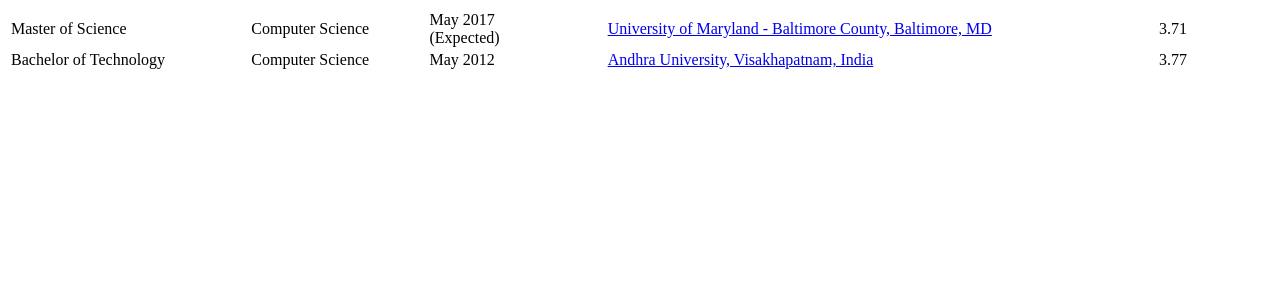
Repository: phanindrakannaji/Resume
Page: http://localhost/application/pages/education.php
The author's editor kept a copy of each file at every save. The page is drawn from the files as they stood at one save, then again after the next save.
The browser window is 1280 px wide. The pictures show the whole page.
The page is run by PHP 8.4 with error messages shown; the project is at /var/www/html/.

Above is the page before, as saved 2016-09-25 05:10:27.
Console error: ReferenceError: $ is not defined

### Resume/application/pages/education.php
<script type="text/javascript"
	src="../resources/scripts/refreshScript.js"></script>
<table>
	<tbody>
		<tr>
			<td class="customfont2 smalltext tdBorderbottom" width="15%">Master
				of Science</td>
			<td width="4%"></td>
			<td class="customfont2 smalltext tdBorderbottom" width="10%">Computer
				Science</td>
			<td width="4%"></td>
			<td class="customfont2 smalltext tdBorderbottom" width="10%">May 2017
				(Expected)</td>
			<td width="4%"></td>
			<td class="customfont2 smalltext tdBorderbottom" width="40%"><a
				href="https://en.wikipedia.org/wiki/University_of_Maryland,_Baltimore_County"
				target="blank">University of Maryland - Baltimore County, Baltimore,
					MD</a></td>
			<td width="4%"></td>
			<td class="customfont2 smalltext tdBorderbottom" width="9%">3.71</td>
		</tr>
		<tr>
			<td class="customfont2 smalltext" width="15%">Bachelor of Technology</td>
			<td width="4%"></td>
			<td class="customfont2 smalltext" width="10%">Computer Science</td>
			<td width="4%"></td>
			<td class="customfont2 smalltext" width="10%">May 2012</td>
			<td width="4%"></td>
			<td class="customfont2 smalltext" width="40%"><a
				href="https://en.wikipedia.org/wiki/Andhra_University"
				target="blank">Andhra University, Visakhapatnam, India</a></td>
			<td width="4%"></td>
			<td class="customfont2 smalltext" width="9%">3.77</td>
		</tr>
	</tbody>
</table>

### Resume/resources/scripts/refreshScript.js
$(document).ready(function(){
	$("#commandInput").keypress(function(e){
		keypressInBox(e);
	});
	$("#commandInput").focus();
})

After the next save:
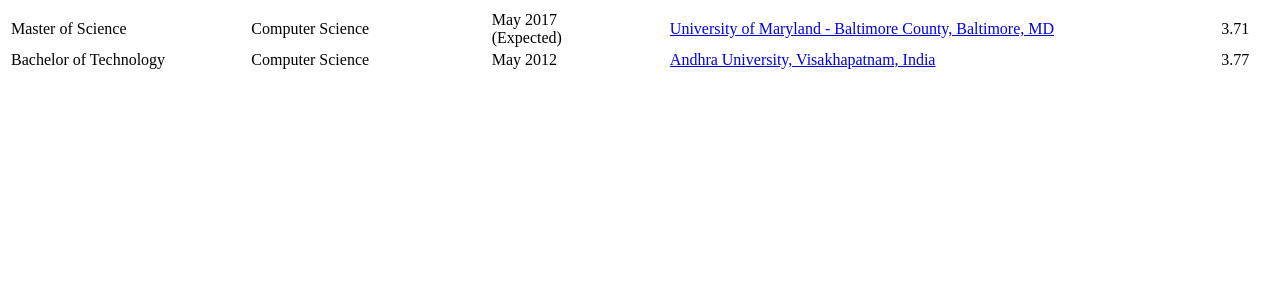
Saved 82 s later.
--- a/Resume/application/pages/education.php
+++ b/Resume/application/pages/education.php
@@ -6,7 +6,7 @@
 			<td class="customfont2 smalltext tdBorderbottom" width="15%">Master
 				of Science</td>
 			<td width="4%"></td>
-			<td class="customfont2 smalltext tdBorderbottom" width="10%">Computer
+			<td class="customfont2 smalltext tdBorderbottom" width="15%">Computer
 				Science</td>
 			<td width="4%"></td>
 			<td class="customfont2 smalltext tdBorderbottom" width="10%">May 2017
@@ -17,12 +17,12 @@
 				target="blank">University of Maryland - Baltimore County, Baltimore,
 					MD</a></td>
 			<td width="4%"></td>
-			<td class="customfont2 smalltext tdBorderbottom" width="9%">3.71</td>
+			<td class="customfont2 smalltext tdBorderbottom" width="4%">3.71</td>
 		</tr>
 		<tr>
 			<td class="customfont2 smalltext" width="15%">Bachelor of Technology</td>
 			<td width="4%"></td>
-			<td class="customfont2 smalltext" width="10%">Computer Science</td>
+			<td class="customfont2 smalltext" width="15%">Computer Science</td>
 			<td width="4%"></td>
 			<td class="customfont2 smalltext" width="10%">May 2012</td>
 			<td width="4%"></td>
@@ -30,7 +30,7 @@
 				href="https://en.wikipedia.org/wiki/Andhra_University"
 				target="blank">Andhra University, Visakhapatnam, India</a></td>
 			<td width="4%"></td>
-			<td class="customfont2 smalltext" width="9%">3.77</td>
+			<td class="customfont2 smalltext" width="4%">3.77</td>
 		</tr>
 	</tbody>
 </table>
